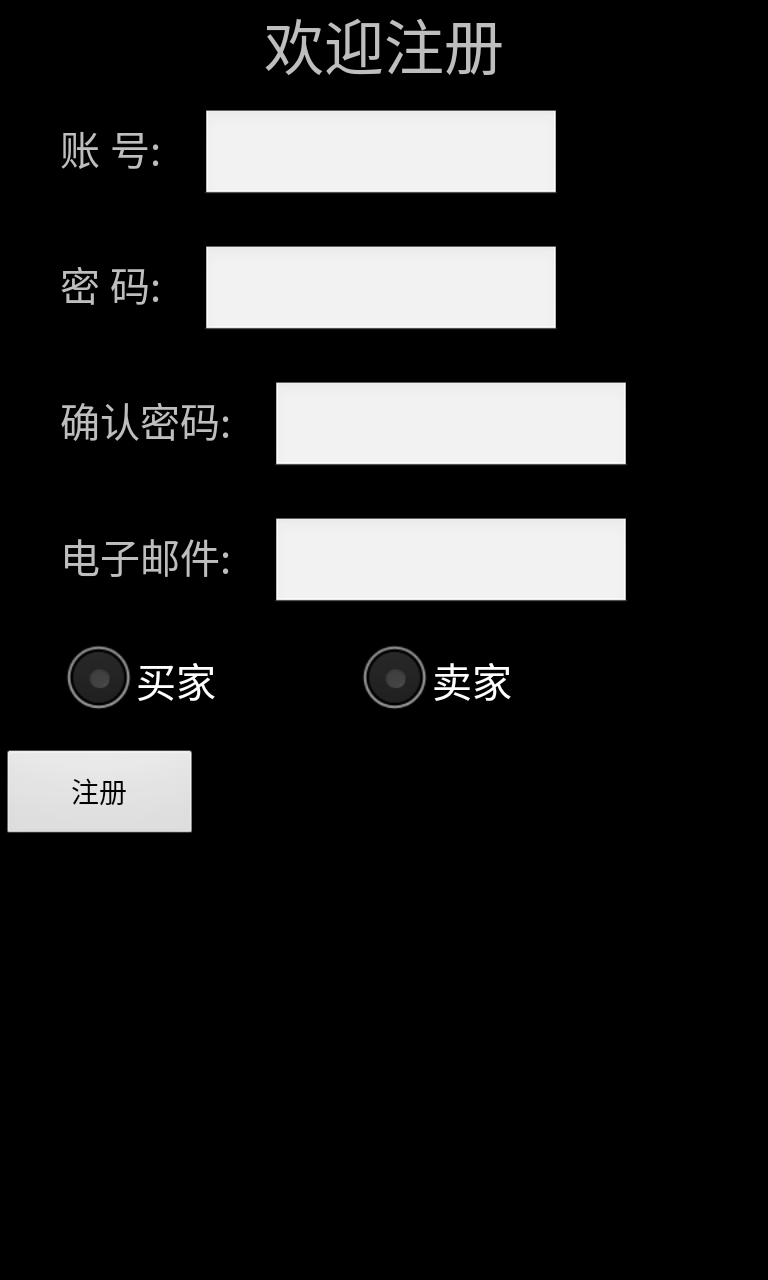
Repository: jcyfkimi/Android-TaoTao
Layout: TaoTao/res/layout/reg.xml
These files come from the project's save history. The layout is drawn as it stood at one moment and after the next save; the edit follows.
It is drawn on a 768 x 1280 px phone screen (xhdpi) without system bars, with theme android:Theme; the app's code is not run.

Above is the layout before, as saved 2011-09-13 07:28:27.

After the next save:
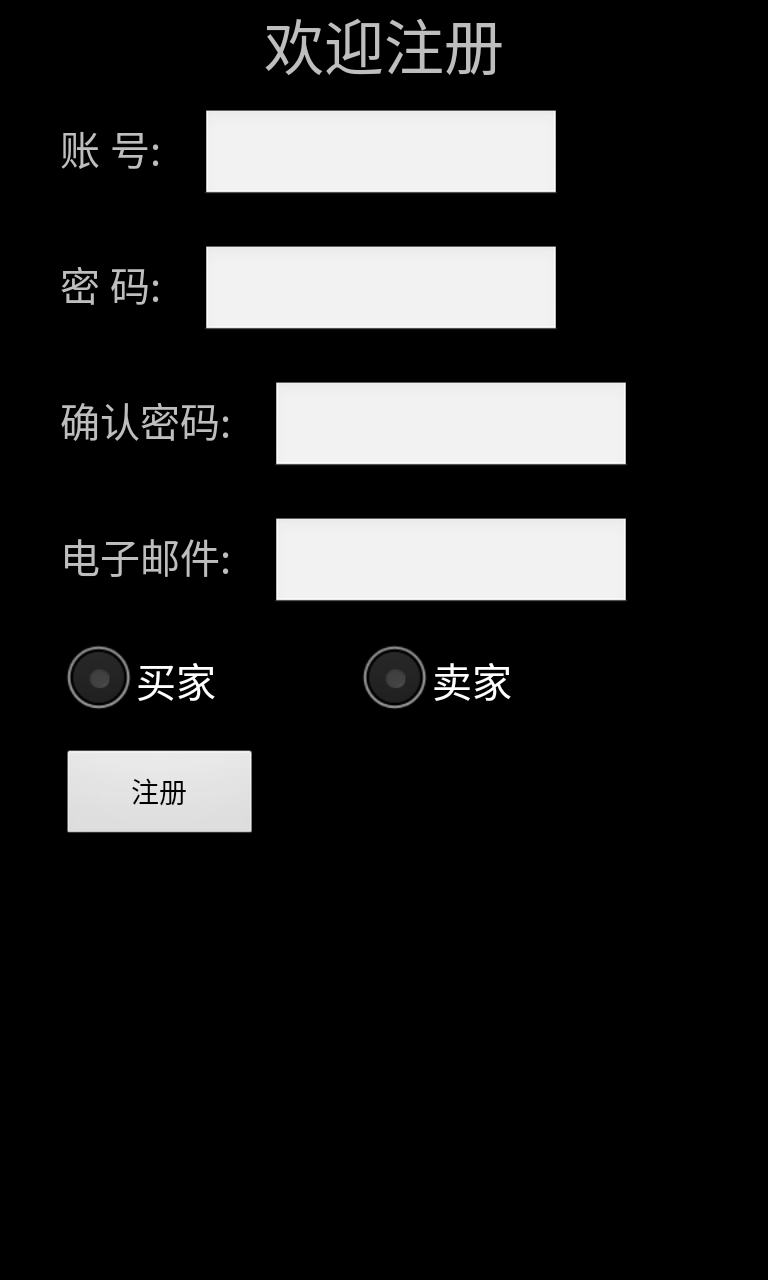
Saved 21 s later.
--- a/TaoTao/res/layout/reg.xml
+++ b/TaoTao/res/layout/reg.xml
@@ -120,6 +120,7 @@
 		  <Button android:id="@+id/btnreg"
 		  	android:layout_width="100dip"
 	    	android:layout_height="wrap_content"
+	    	android:layout_marginLeft="30dip"
 	    	android:text="@string/regbtn"/>
 	  </LinearLayout>
 </LinearLayout>
